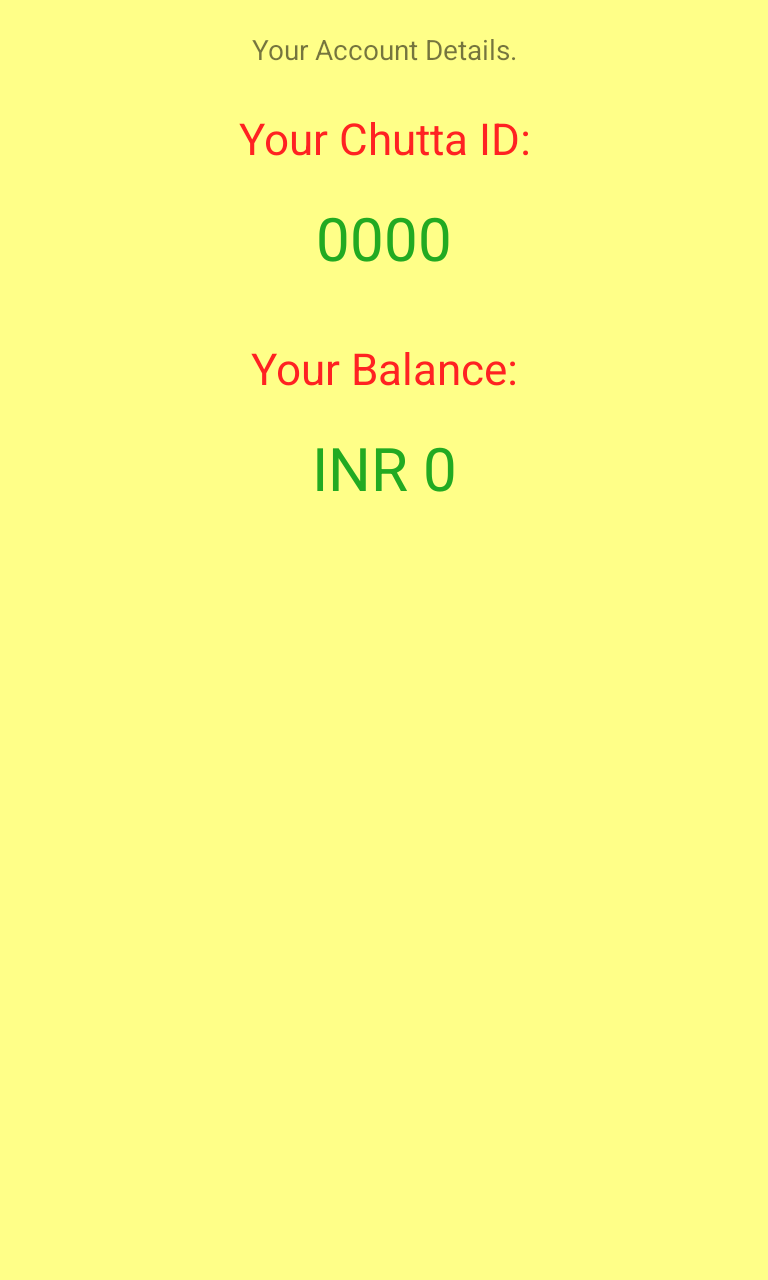
Repository: pankajksharma/chutta-pay
Layout: ChuttaPay/res/layout/activity_voice.xml
An editor plug-in stored every save of this project. The layout is shown before and after the next save, followed by the edit.
It is drawn on a 768 x 1280 px phone screen (xhdpi) without system bars, with theme AppTheme; the app's code is not run.

Above is the layout before, as saved 2014-04-26 17:11:47.

After the next save:
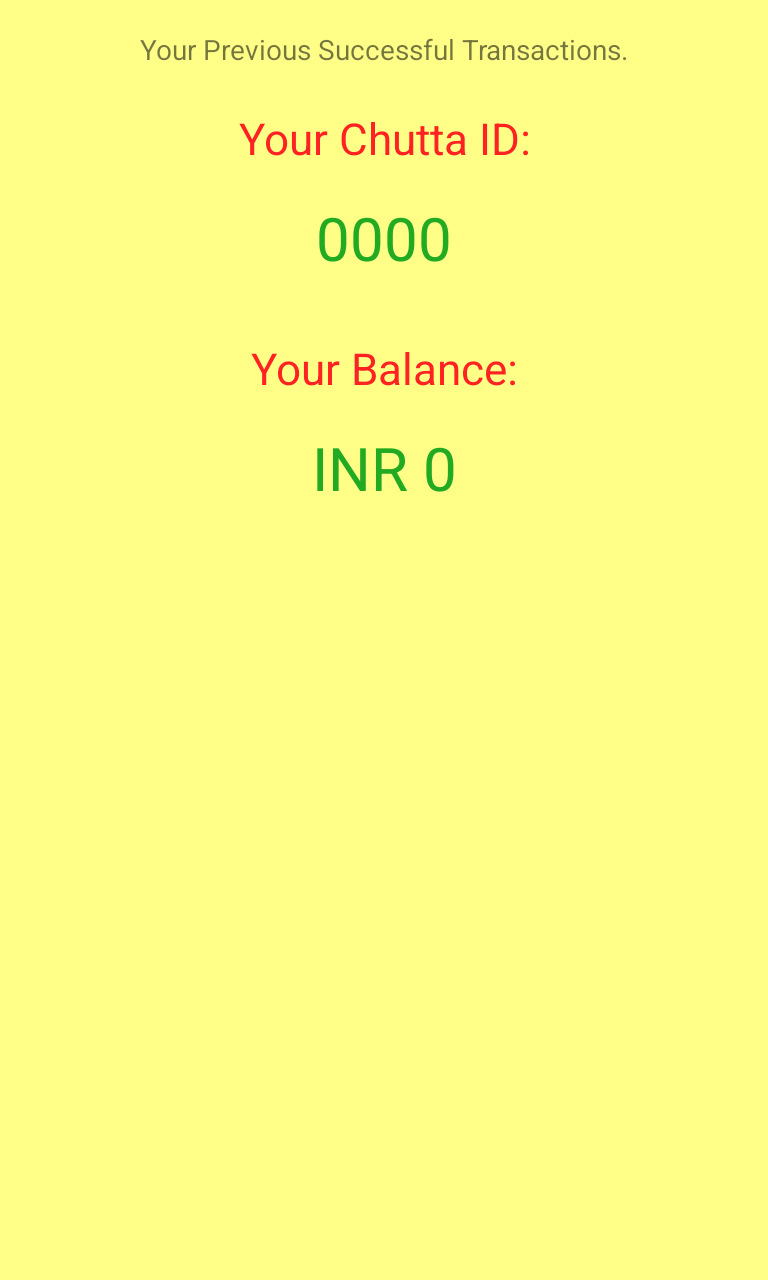
Saved 5 min 49 s later.
--- a/ChuttaPay/res/layout/activity_voice.xml
+++ b/ChuttaPay/res/layout/activity_voice.xml
@@ -19,7 +19,7 @@
             android:layout_height="wrap_content"
             android:gravity="center_horizontal"
             android:layout_marginBottom="20dp"
-            android:text="Your Account Details." />
+            android:text="Your Previous Successful Transactions." />
 
         <TextView
             android:layout_width="match_parent"
